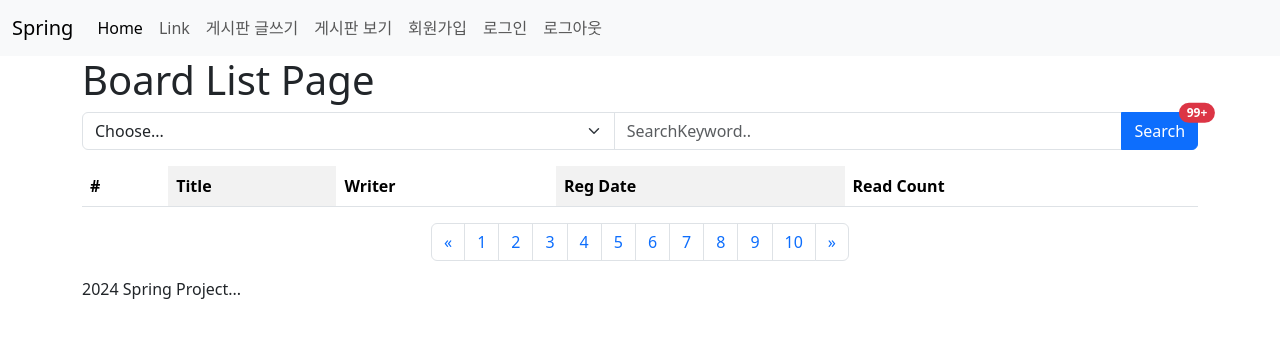
Repository: gajami-kim/240430_Spring_Study
Page: http://localhost/spring_study/WEB-INF/views/board/list.jsp
An editor plug-in stored every save of this project. The page is shown before and after the next save, followed by the edit.
The browser window is 1280 px wide. The pictures show the whole page.
The page is served by Tomcat 9. Nobody is signed in. The template is opened directly, without the code that normally fills it, so the values that code supplies are empty.

Above is the page before, as saved 2024-04-24 08:45:19.

### spring_study/src/main/webapp/WEB-INF/views/board/list.jsp
<%@ page language="java" contentType="text/html; charset=UTF-8"
    pageEncoding="UTF-8"%>
    <%@ taglib uri="http://java.sun.com/jsp/jstl/core" prefix="c" %>
<jsp:include page="../layout/header.jsp" />
<div class="container-sm">
	<h1>Board List Page</h1>

	<!-- 검색라인 -->
	<form action="">
		<div class="input-group mb-3">
		  <select class="form-select" id="inputGroupSelect02">
		    <option selected>Choose...</option>
		    <option value="t">Title</option>
		    <option value="w">Writer</option>
		    <option value="c">Content</option>
		  </select>
	  	<input type="text" class="form-control" aria-label="Text input with segmented dropdown button" name="keyword" placeholder="SearchKeyword..">
		<button type="button" class="btn btn-primary position-relative">
		  Search
		  <span class="position-absolute top-0 start-100 translate-middle badge rounded-pill bg-danger badge text-bg-secondary">
		    99+
		    <span class="visually-hidden">unread messages</span>
		  </span>
		</button>
		</div>
	</form>
	<table class="table table-striped-columns">
		<thead>
			<tr>
				<th>#</th>
				<th>Title</th>
				<th>Writer</th>
				<th>Reg Date</th>
				<th>Read Count</th>
			</tr>
		</thead>
		<c:forEach items="${list }" var="bvo">
		<tbody>
			<tr>
				<td>${bvo.bno }</td>
				<td><a href="/board/detail?bno=${bvo.bno }">${bvo.title }</a></td>
				<td>${bvo.writer }</td>
				<td>${bvo.reg_date }</td>
				<td>${bvo.read_count }</td>
			</tr>
		</tbody>
		</c:forEach>
	</table>
	<!-- 페이지네이션 라인 -->
	<nav aria-label="Page navigation example">
	  <ul class="pagination justify-content-center">
	    <li class="page-item">
	      <a class="page-link" href="#" aria-label="Previous">
	        <span aria-hidden="true">&laquo;</span>
	      </a>
	    </li>
	    <c:forEach begin="1" end="10" var="i">
		    <li class="page-item"><a class="page-link" href="#">${i }</a></li>
	    </c:forEach>
	    <li class="page-item">
	      <a class="page-link" href="#" aria-label="Next">
	        <span aria-hidden="true">&raquo;</span>
	      </a>
	    </li>
	  </ul>
	</nav>
</div>
<jsp:include page="../layout/footer.jsp" />

### spring_study/src/main/webapp/WEB-INF/views/layout/header.jsp
<%@ page language="java" contentType="text/html; charset=UTF-8"
    pageEncoding="UTF-8"%>
<!DOCTYPE html>
<html>
<head>
<meta charset="UTF-8">
<title>header.jsp</title>
</head>
<link href="https://cdn.jsdelivr.net/npm/bootstrap@5.3.3/dist/css/bootstrap.min.css" rel="stylesheet" integrity="sha384-QWTKZyjpPEjISv5WaRU9OFeRpok6YctnYmDr5pNlyT2bRjXh0JMhjY6hW+ALEwIH" crossorigin="anonymous">
<script src="https://cdn.jsdelivr.net/npm/bootstrap@5.3.3/dist/js/bootstrap.bundle.min.js" integrity="sha384-YvpcrYf0tY3lHB60NNkmXc5s9fDVZLESaAA55NDzOxhy9GkcIdslK1eN7N6jIeHz" crossorigin="anonymous"></script>
<body>
<nav class="navbar navbar-expand-lg bg-body-tertiary">
  <div class="container-fluid">
    <a class="navbar-brand" href="#">Spring</a>
    <button class="navbar-toggler" type="button" data-bs-toggle="collapse" data-bs-target="#navbarSupportedContent" aria-controls="navbarSupportedContent" aria-expanded="false" aria-label="Toggle navigation">
      <span class="navbar-toggler-icon"></span>
    </button>
    <div class="collapse navbar-collapse" id="navbarSupportedContent">
      <ul class="navbar-nav me-auto mb-2 mb-lg-0">
        <li class="nav-item">
          <a class="nav-link active" aria-current="page" href="#">Home</a>
        </li>
        <li class="nav-item">
          <a class="nav-link" href="#">Link</a>
        </li>
        <li class="nav-item">
          <a class="nav-link" href="/board/register">게시판 글쓰기</a>
        </li>
        <li class="nav-item">
          <a class="nav-link" href="/board/list">게시판 보기</a>
        </li>
        <li class="nav-item">
          <a class="nav-link" href="#">회원가입</a>
        </li>
        <li class="nav-item">
          <a class="nav-link" href="#">로그인</a>
        </li>
        <li class="nav-item">
          <a class="nav-link" href="#">로그아웃</a>
        </li>
      </ul>
    </div>
  </div>
</nav>

### spring_study/src/main/webapp/WEB-INF/views/layout/footer.jsp
<%@ page language="java" contentType="text/html; charset=UTF-8"
    pageEncoding="UTF-8"%>

<div class="container-sm">
	2024 Spring Project...
</div>

</body>
</html>

After the next save:
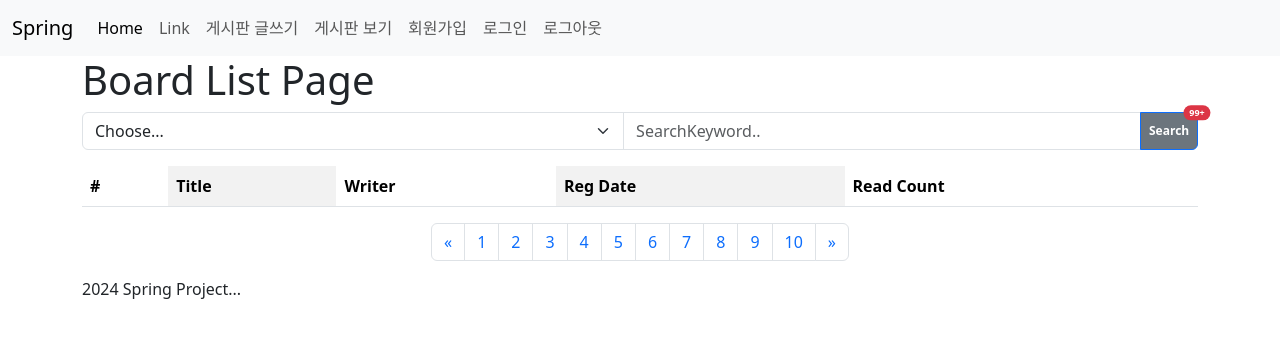
Saved 14 s later.
--- a/spring_study/src/main/webapp/WEB-INF/views/board/list.jsp
+++ b/spring_study/src/main/webapp/WEB-INF/views/board/list.jsp
@@ -15,9 +15,9 @@
 		    <option value="c">Content</option>
 		  </select>
 	  	<input type="text" class="form-control" aria-label="Text input with segmented dropdown button" name="keyword" placeholder="SearchKeyword..">
-		<button type="button" class="btn btn-primary position-relative">
+		<button type="button" class="btn btn-primary position-relative badge text-bg-secondary">
 		  Search
-		  <span class="position-absolute top-0 start-100 translate-middle badge rounded-pill bg-danger badge text-bg-secondary">
+		  <span class="position-absolute top-0 start-100 translate-middle badge rounded-pill bg-danger ">
 		    99+
 		    <span class="visually-hidden">unread messages</span>
 		  </span>
